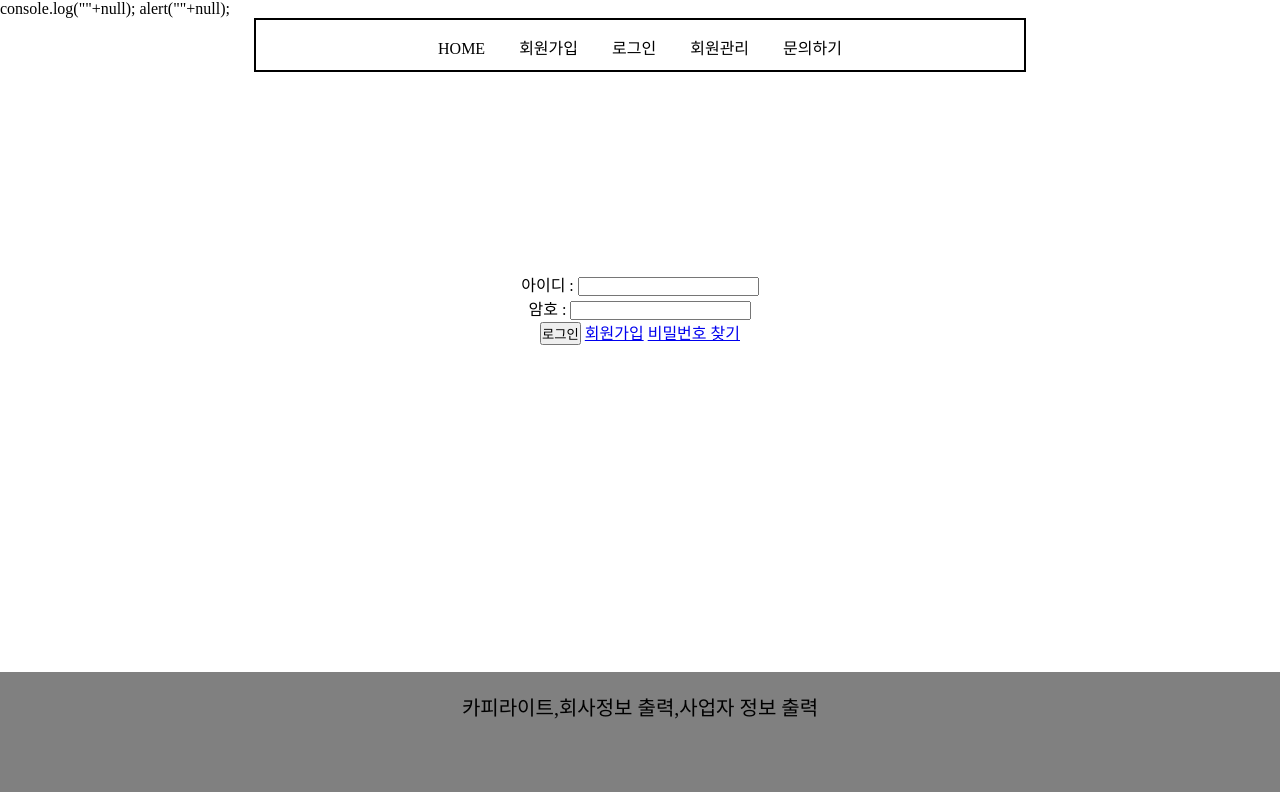
Repository: BangHoJung/jsp2
Page: http://localhost/MemberManager_0111__/member/login.jsp
These files come from the project's save history. The page is drawn as it stood at one moment and after the next save; the edit follows.
The browser window is 1280 px wide. The pictures show the whole page.
The page is served by Tomcat 9. Other server files are loaded and not shown.

Above is the page before, as saved 2021-01-12 05:38:01.

### MemberManager(0111~)/WebContent/member/login.jsp
<%@ page language="java" contentType="text/html; charset=UTF-8"
    pageEncoding="UTF-8"%>
<!DOCTYPE html>
<html>
<head>
<meta charset="UTF-8">
<title>Insert title here</title>
<script src="https://ajax.googleapis.com/ajax/libs/jquery/3.5.1/jquery.min.js"></script>
<script type="text/javascript">
	$(function() {

	});
</script>

<style type="text/css">
	* {
		margin:0;
		padding:0;
	}

	#container {
		width:100%;
		text-align: center;
	}

	nav {
		padding-top:200px;
		height: 400px;
	}

	button {
		display: inline-block;
	}
</style>
</head>
<body>
	<% if(session.getAttribute("alert") != null)
		%><script>
			console.log(""+<%=session.getAttribute("alert")%>);
			alert(""+<%=session.getAttribute("alert")%>);
		</script><%
		//session.setAttribute("alert", null);
	%>
	<div id="container">
		<jsp:include page="/template/header.jsp" flush="false"></jsp:include>

		<nav>
			<%
				boolean flag = false;
				if(session.getAttribute("login") != null)
					flag = (boolean)session.getAttribute("login");
				if(flag) {
					%>
					<%-- <%=session.getAttribute("name") %> 님이 로그인 하셨습니다.<br>
					<a href="<%=request.getContextPath() %>/member/process/logout_process.jsp">로그아웃</a> | <a href="<%=request.getContextPath() %>/member/member_update_view.jsp">정보수정</a> --%>
					<%
				}
				else { %>
					<form action="<%=request.getContextPath() %>/LoginServlet" method="post">
						아이디 : <input type="text" name="id">  <br>
						암호 : <input type="password" name="pass"> <br>
						<button type="submit">로그인</button>
						<a href="register.jsp" type="button">회원가입</a>
						<a href="find_pass.jsp" type="button" >비밀번호 찾기</a>
					</form>
				<%
				}
			%>

		</nav>

		<jsp:include page="/template/footer.jsp" flush="false"></jsp:include>

	</div>
</body>
</html>

### MemberManager(0111~)/WebContent/template/header.jsp
<%@ page language="java" contentType="text/html; charset=UTF-8"
    pageEncoding="UTF-8"%>
    <style>
		header {
			border:2px solid black;
			margin:0 auto;
			width:60%;
			height: 50px;
		}
		ul {
			list-style: none;
			text-align: center;
		}
		li {
			display: inline-block;
			padding: 15px 15px 0px 15px;
		}
		li a:link, li a:visited {
			text-decoration: none;
			color:black;
		}
		li a:hover {
			color:red;
		}

		#name {
			font-size:15px;
			color:blue;
			float:right;
			display: inline-block;
		}

		#name > img {
			width:30px;
			height: 30px;
		}

		#name span {
			padding-bottom:15px;
		}
	</style>

	<header>
		<ul>
			<li><a href="<%=request.getContextPath() %>/index.jsp">HOME</a></li>
			<%
				boolean flag = false;
				if(session.getAttribute("login") != null)  {
					flag = (boolean)session.getAttribute("login");
				}
				if(flag) {
					String name = (String)session.getAttribute("name");
					String grade = (String)session.getAttribute("grade");
					%>
					<li><a href="<%=request.getContextPath() %>/member/process/logout_process.jsp">로그아웃</a></li>
					<li><a href="<%=request.getContextPath() %>/member/member_update_view.jsp">회원정보변경</a></li>
					<%
					if(grade.equals("master") ) {
						%>
						<li><a href="<%=request.getContextPath() %>/manage/member_manage.jsp">회원관리</a></li>
						<%
					}
					%>
					<li><a href="#">문의하기</a></li>
					<!-- div로 구성해서 따로 배치 -->
					<li id="name"><img src="<%=request.getContextPath() %>/img/<%=grade%>.png"><span><%=name %>님 로그인 하셨습니다.</span></li>
					<%
				}
				else {
					%>
					<li><a href="<%=request.getContextPath() %>/member/register.jsp">회원가입</a></li>
					<li><a href="<%=request.getContextPath() %>/member/login.jsp">로그인</a></li>
					<li><a href="#">회원관리</a></li>
					<li><a href="#">문의하기</a></li>
					<%
				}
				%>
		</ul>
	</header>

### MemberManager(0111~)/WebContent/template/footer.jsp
<%@ page language="java" contentType="text/html; charset=UTF-8"
    pageEncoding="UTF-8"%>
    <style>
		footer {
			height: 100px;
			background-color: gray;
			text-align: center;
			font-size:20px;
			padding-top:20px;
		}
	</style>
	<footer>
		카피라이트,회사정보 출력,사업자 정보 출력
	</footer>

After the next save:
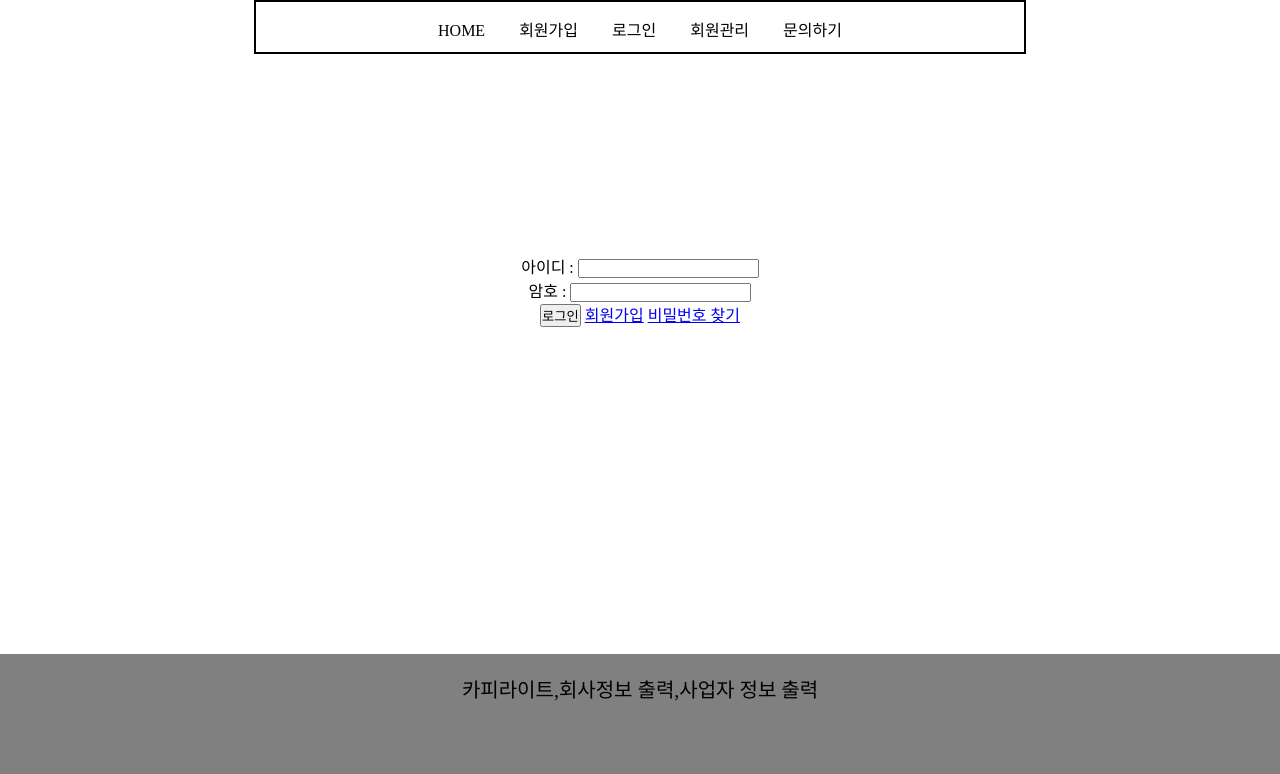
Saved 28 s later.
--- a/MemberManager(0111~)/WebContent/member/login.jsp
+++ b/MemberManager(0111~)/WebContent/member/login.jsp
@@ -34,12 +34,13 @@
 </style>
 </head>
 <body>
-	<% if(session.getAttribute("alert") != null)
+	<% if(session.getAttribute("alert") != null) {
 		%><script>
 			console.log(""+<%=session.getAttribute("alert")%>);
 			alert(""+<%=session.getAttribute("alert")%>);
 		</script><%
 		//session.setAttribute("alert", null);
+		}
 	%>
 	<div id="container">
 		<jsp:include page="/template/header.jsp" flush="false"></jsp:include>
